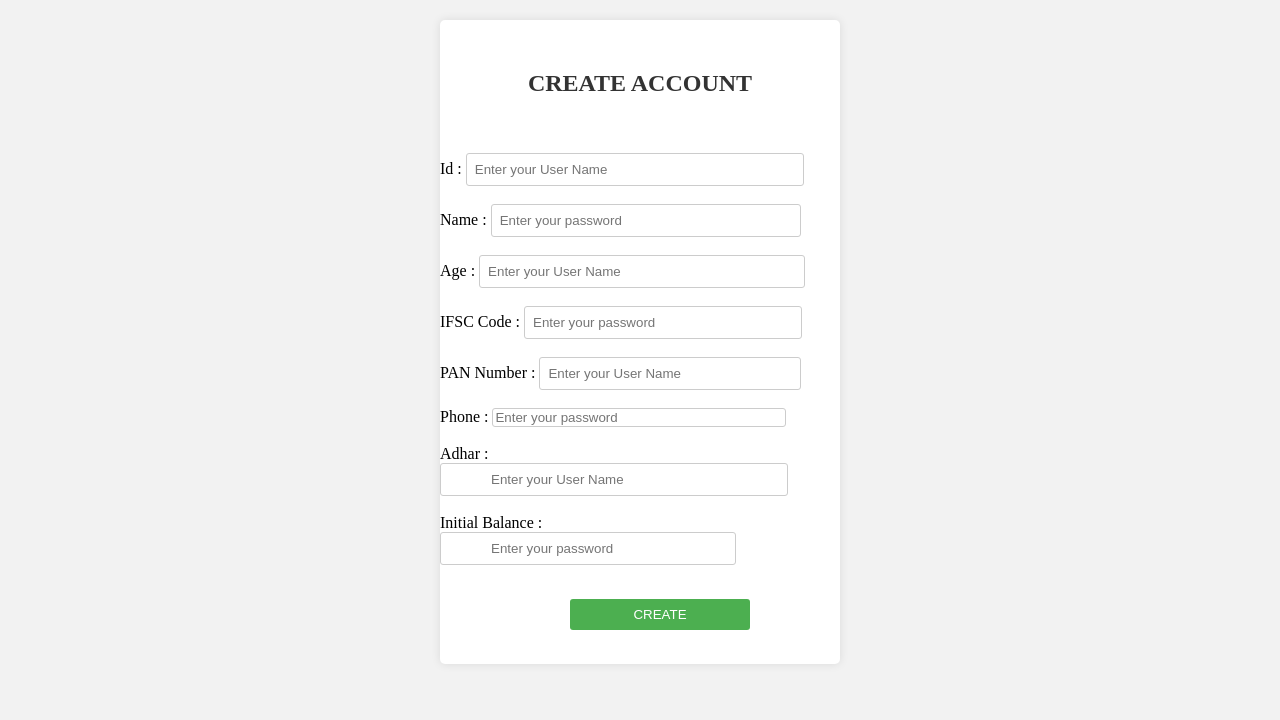
Repository: mansistic-0n3/Java_IGT
Page: Java Project/BankJSP/src/main/webapp/WEB-INF/create.html
These files come from the project's save history. The page is drawn as it stood at one moment and after the next save; the edit follows.
The browser window is 1280 px wide. The pictures show the whole page.

Above is the page before, as saved 2023-06-28 20:44:57.

### Java Project/BankJSP/src/main/webapp/WEB-INF/create.html
<!DOCTYPE html>
<html>
<head>
  <title>Registration Form</title>
</head>
<body style="background-color: #f2f2f2; ">
  <div style="max-width: 400px; margin: 0 auto; background-color: #ffffff; border-radius: 5px; box-shadow: 0 0 10px rgba(0, 0, 0, 0.1);">
    <h2 style="text-align: center; color: #333333;padding-top: 50px;">CREATE ACCOUNT</h2>
    <form action="register">
      <br><br>
        Id : <input type="text" name="id" placeholder="Enter your User Name" style="width: 80%;  padding-left: 50px; padding: 8px; border-radius: 3px; border: 1px solid #cccccc;">
      <br><br>
        Name : <input type="text" name="name" placeholder="Enter your password" style="width: 73%;  padding-left: 50px; padding: 8px; border-radius: 3px; border: 1px solid #cccccc;">
       <br><br>
        Age : <input type="text" name="age" placeholder="Enter your User Name" style="width: 77%;  padding-left: 50px; padding: 8px; border-radius: 3px; border: 1px solid #cccccc;">
      <br><br>
        IFSC Code : <input type="text" name="ifsc" placeholder="Enter your password" style="width: 65%;  padding-left: 50px; padding: 8px; border-radius: 3px; border: 1px solid #cccccc;">
        <br><br>
        PAN Number : <input type="text" name="pan" placeholder="Enter your User Name" style="width: 61%;  padding-left: 50px; padding: 8px; border-radius: 3px; border: 1px solid #cccccc;">
      <br><br>
        Phone : <input type="text" name="ph" placeholder="Enter your password" style="width: 72%; padding:  padding-left: 50px; 8px; border-radius: 3px; border: 1px solid #cccccc;">
       <br><br>
        Adhar : <input type="text" name="adhar" placeholder="Enter your User Name" style="width: 72%; padding: 8px;  padding-left: 50px; border-radius: 3px; border: 1px solid #cccccc;">
      <br><br>
        Initial Balance : <input type="text" name="ibal" placeholder="Enter your password" style="width: 59%; padding: 8px;  padding-left: 50px; border-radius: 3px; border: 1px solid #cccccc;">
      <br><br><dir style="text-align: center;">
        <button type="submit" style="width: 50%; padding: 8px; border-radius: 3px; border: none; background-color: #4CAF50; color: #ffffff; cursor: pointer;">CREATE</button>
      </dir><br>
    </form>
  </div>
</body>
</html>

After the next save:
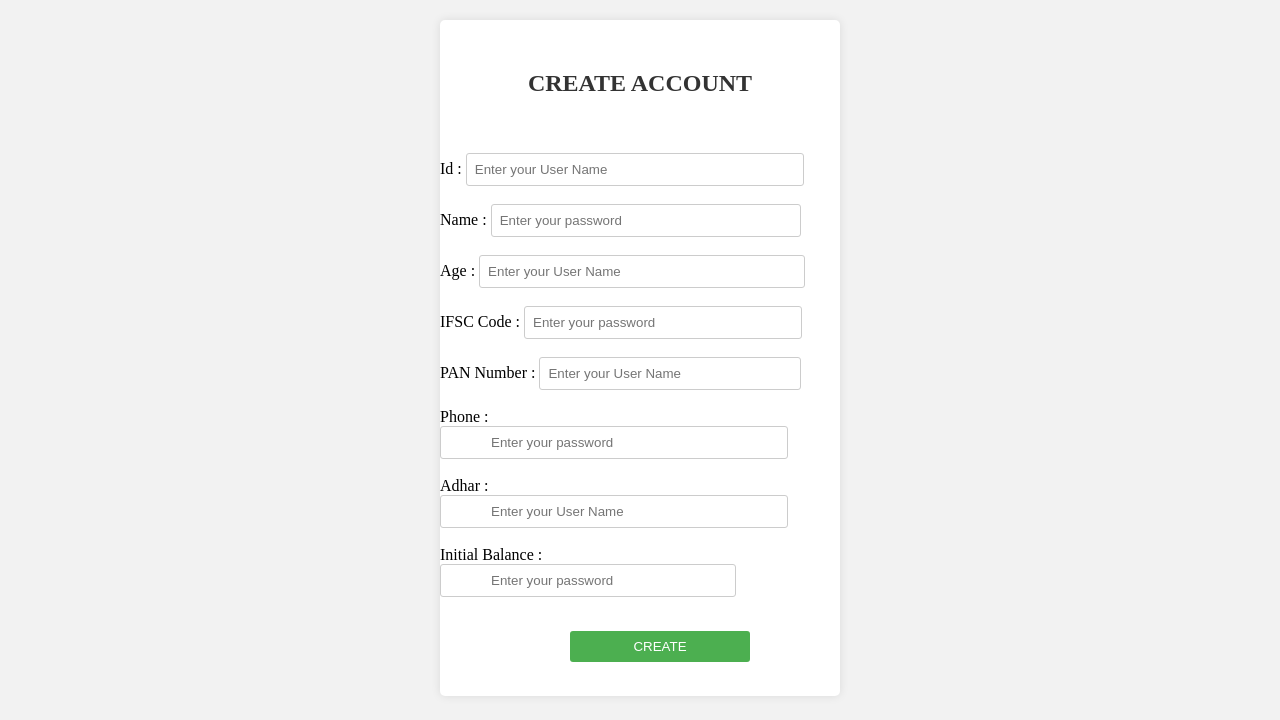
Saved 21 s later.
--- a/Java Project/BankJSP/src/main/webapp/WEB-INF/create.html
+++ b/Java Project/BankJSP/src/main/webapp/WEB-INF/create.html
@@ -18,7 +18,7 @@
         <br><br>
         PAN Number : <input type="text" name="pan" placeholder="Enter your User Name" style="width: 61%;  padding-left: 50px; padding: 8px; border-radius: 3px; border: 1px solid #cccccc;">
       <br><br>
-        Phone : <input type="text" name="ph" placeholder="Enter your password" style="width: 72%; padding:  padding-left: 50px; 8px; border-radius: 3px; border: 1px solid #cccccc;">
+        Phone : <input type="text" name="ph" placeholder="Enter your password" style="width: 72%; padding: 8px;padding-left: 50px; border-radius: 3px; border: 1px solid #cccccc;">
        <br><br>
         Adhar : <input type="text" name="adhar" placeholder="Enter your User Name" style="width: 72%; padding: 8px;  padding-left: 50px; border-radius: 3px; border: 1px solid #cccccc;">
       <br><br>
